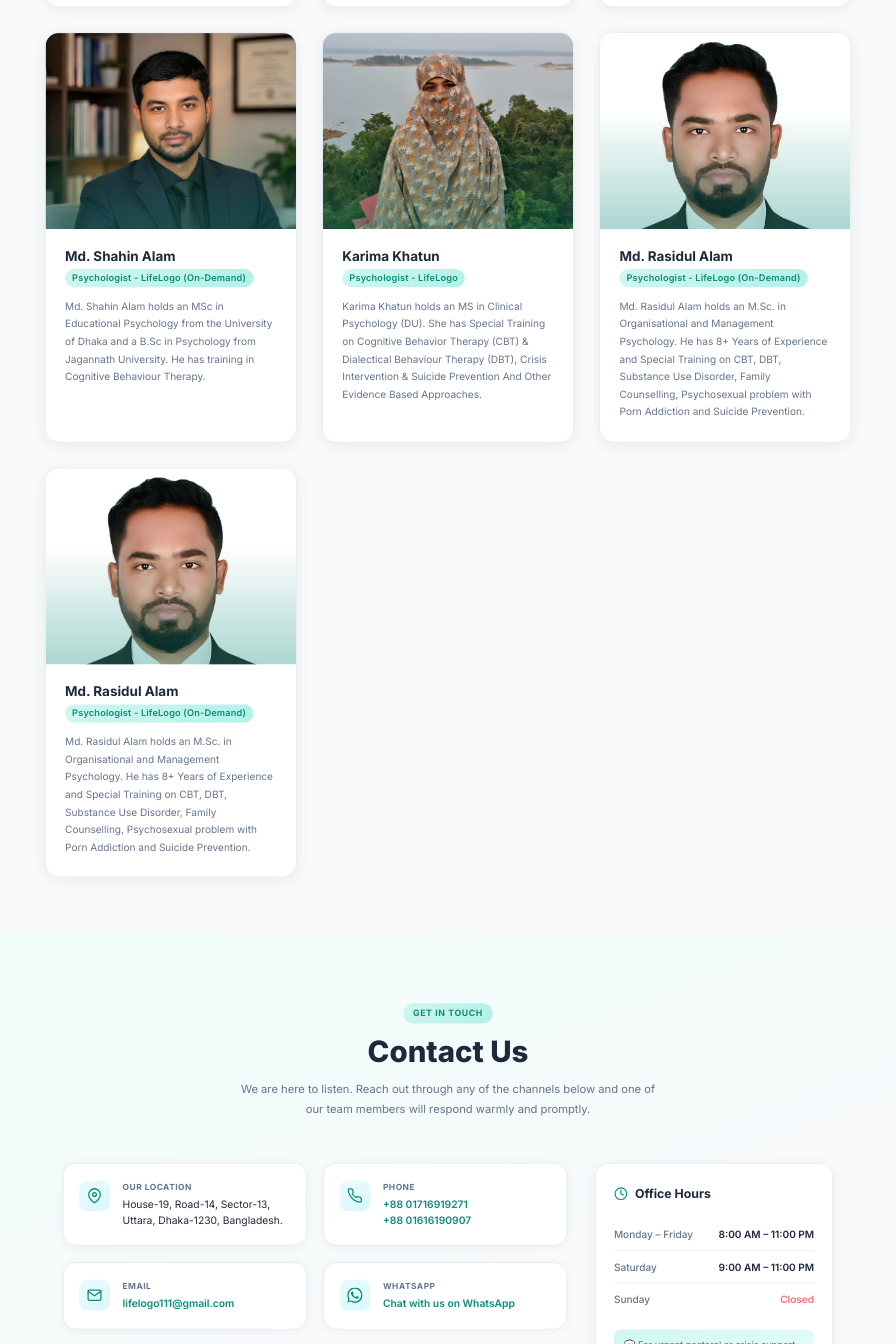
Repository: Tan47s/Lifelogo
Page: /
An editor plug-in stored every save of this project. The page is shown before and after a run of saves, followed by the edit.
The browser window is 1280 px wide. The pictures show the part of the page from y = 3116 to 5036 px (the page is 5584 px tall), at 70% of full size.
The project was rebuilt for these pictures with package versions that can differ from the ones it lists, and the page was loaded fresh each time. Also part of the build but not shown: vite.config.js.

Above is the page before, as saved 2026-08-22 10:53:46.

After the next 2 saves:
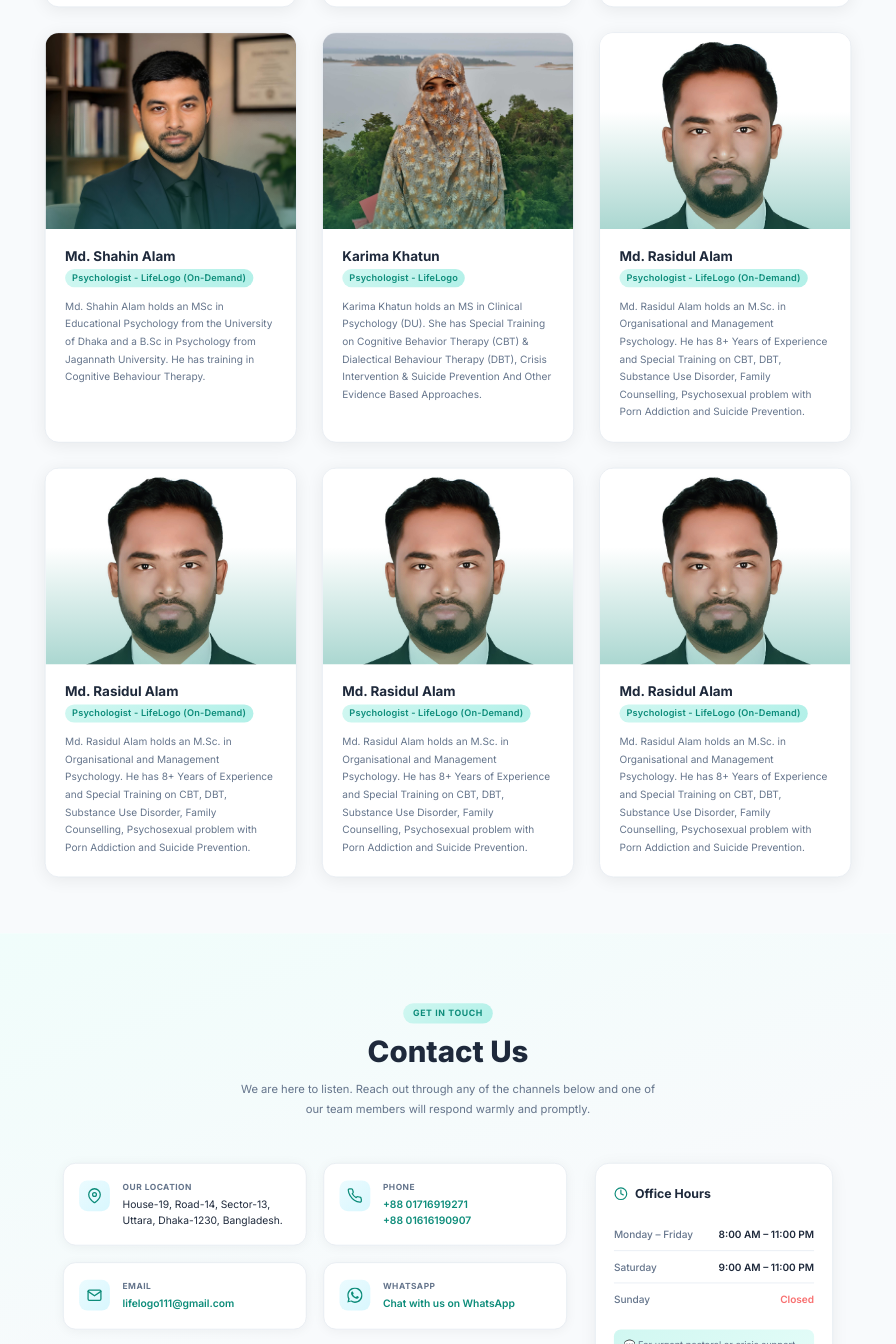
The 2 saves are shown as one change because they came seconds apart.
The last was saved 7 s later.
--- a/src/comp/Counsellors.jsx
+++ b/src/comp/Counsellors.jsx
@@ -50,6 +50,18 @@ const counsellors = [
     role: 'Psychologist - LifeLogo (On-Demand)',
     bio: 'Md. Rasidul Alam holds an M.Sc. in Organisational and Management Psychology. He has 8+ Years of Experience and Special Training on CBT, DBT, Substance Use Disorder, Family Counselling, Psychosexual problem with Porn Addiction and Suicide Prevention.',
   },
+    {
+    img: c6,
+    name: 'Md. Rasidul Alam',
+    role: 'Psychologist - LifeLogo (On-Demand)',
+    bio: 'Md. Rasidul Alam holds an M.Sc. in Organisational and Management Psychology. He has 8+ Years of Experience and Special Training on CBT, DBT, Substance Use Disorder, Family Counselling, Psychosexual problem with Porn Addiction and Suicide Prevention.',
+  },
+    {
+    img: c6,
+    name: 'Md. Rasidul Alam',
+    role: 'Psychologist - LifeLogo (On-Demand)',
+    bio: 'Md. Rasidul Alam holds an M.Sc. in Organisational and Management Psychology. He has 8+ Years of Experience and Special Training on CBT, DBT, Substance Use Disorder, Family Counselling, Psychosexual problem with Porn Addiction and Suicide Prevention.',
+  },
 ]
 
 export const Counsellors = () => {
